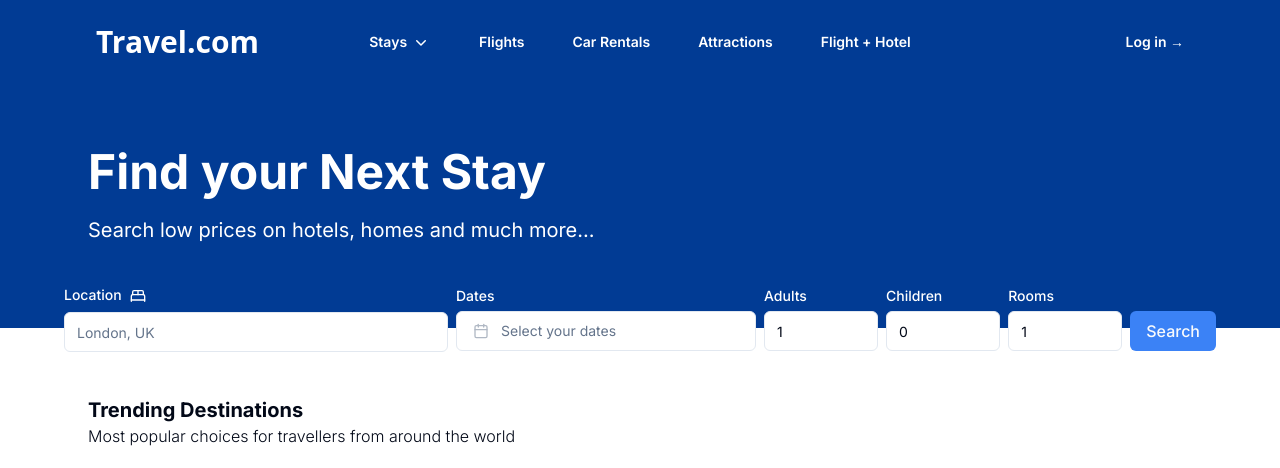
Repository: Qu4ntumGuy/booking
Page: /
The author's editor kept a copy of each file at every save. The page is drawn from the files as they stood at one save, then again after the next save.
The browser window is 1280 px wide. The pictures show the part of the page from y = 0 to 468 px (the page is 920 px tall).
Pictures or frames that could not be fetched are drawn as grey boxes. The project was rebuilt for these pictures with package versions that can differ from the ones it lists, and the page was loaded fresh each time. The framework's server and built-in components were replaced by stand-ins that run in the browser. Also part of the build but not shown: next.config.mjs, components/ui/calendar.tsx.

Above is the page before, as saved 2024-07-03 15:51:43.

### app/layout.tsx
import type { Metadata } from "next";
import { Inter } from "next/font/google";
import "./globals.css";
import Header from "@/components/Header";

const inter = Inter({ subsets: ["latin"] });

export const metadata: Metadata = {
  title: "Travel-App",
  description: "Generated by create next app",
};

export default function RootLayout({
  children,
}: Readonly<{
  children: React.ReactNode;
}>) {
  return (
    <html lang="en">
      <body className={inter.className}>
      <Header />

        {children}</body>
    </html>
  );
}

### app/page.tsx
import Image from "next/image";
import { trending_data } from "@/data/trending";
import SearchForm from "@/components/SearchForm";

export default function Home() {
  return (
    <main className="">
      <section className="bg-[#013B94]">
        <div className="max-w-6xl mx-auto py-16 p-6">
          <h2 className="font-bold text-5xl text-white">Find your Next Stay</h2>
          <h3 className="text-white py-5 text-xl">
            Search low prices on hotels, homes and much more...
          </h3>
        </div>
      </section>

      <section className="m-4 mb-0 -mt-10 px-2 lg:px-4">
        <SearchForm />
      </section>
      <section className="mx-auto mb-10 max-w-6xl p-6 bg-white rounded-t-lg">
        <div className="pt-5">
          <h3 className="text-xl font-bold">Trending Destinations</h3>
          <p className="font-light">
            Most popular choices for travellers from around the world
          </p>
        </div>

        <div className="flex space-x-4 py-5 overflow-x-scroll">
          {trending_data.map((item) => (
            <div key={item.id} className="space-y-1 shrink-0 cursor-pointer">
              <img
                key={item.id}
                className="w-80 h-72 object-cover rounded-lg pb-2"
                src={item.src}
                alt=""
              />

              <p className="font-bold">{item.title}</p>
              <p className="">{item.location}</p>
              <p className="font-light text-sm">{item.description}</p>
            </div>
          ))}
        </div>
      </section>
    </main>
  );
}

### data/trending.ts
export const trending_data = [
    {
      id: 1,
      src: "https://r-xx.bstatic.com/xdata/images/city/526x420/977220.jpg?k=ee4b7b42c35b8cbf09c8ddb7630092b40cd706fec153c41904ed6e252a883938&o=",
      title: "Dubai",
      location: "United Arab Emirates",
      description: "15 Deals",
    },
    {
      id: 2,
      src: "https://cf.bstatic.com/xdata/images/xphoto/540x405/288594543.webp?k=7a96a2b4190146f63068bd0604a916c0c885c4899a527e24a9b39487d4ae50b8&o=",
      title: "South Korea",
      location: "Asia",
      description: "32 Deals",
    },
    {
      id: 3,
      src: "https://cf.bstatic.com/xdata/images/xphoto/540x405/289320924.webp?k=99a00f2907495aaeb6396695c053e3d8b95fb05619b10e76c89fb1f7d1fec427&o=",
      title: "London",
      location: "United Kingdom",
      description: "45 Deals",
    },
    {
      id: 4,
      src: "https://cf.bstatic.com/xdata/images/xphoto/540x405/290483794.webp?k=916f7bac0ccdb08efcb269ad29cc10816ab66cd1671359066d23d32fb17b5c39&o=",
      title: "Singapore",
      location: "Asia",
      description: "88 Deals",
    },
    {
      id: 5,
      src: "https://cf.bstatic.com/xdata/images/xphoto/540x405/173724501.webp?k=5e8a2353c6cd4efef3c5f992ea36d65598c52f2662d45cedc460d1a6a759109f&o=",
      title: "New York City",
      location: "United States of America",
      description: "92 Deals",
    },
  ];

### components/SearchForm.tsx
"use client";
import { useRouter } from "next/navigation";
import { useForm } from "react-hook-form";
import { zodResolver } from "@hookform/resolvers/zod";
import * as z from "zod";
import { Button } from "@/components/ui/button";
import { BedDoubleIcon, CalendarIcon } from "lucide-react";
import { Popover, PopoverContent, PopoverTrigger } from "./ui/popover";
import { format } from "date-fns";
import {
  Form,
  FormControl,
  FormDescription,
  FormField,
  FormItem,
  FormLabel,
  FormMessage,
} from "@/components/ui/form";
import { Input } from "@/components/ui/input";
import { Calendar } from "./ui/calendar";
import { cn } from "@/lib/utils";

export const formSchema = z.object({
  location: z.string().min(2).max(50),
  dates: z.object({
    from: z.date(),
    to: z.date(),
  }),
  adults: z
    .string()
    .min(1, {
      message: "Please select at least 1 adult",
    })
    .max(12, { message: "Max 12 adults Occupancy" }),
  children: z.string().min(0).max(12, {
    message: "Max 12 children Occupancy",
  }),
  rooms: z.string().min(1, {
    message: "Please select at least 1 room",
  }),
});

function SearchForm() {
  const router = useRouter();
  const form = useForm<z.infer<typeof formSchema>>({
    resolver: zodResolver(formSchema),
    defaultValues: {
      location: "",
      dates: {
        from: undefined,
        to: undefined,
      },
      adults: "1",
      children: "0",
      rooms: "1",
    },
  });

  function onSubmit(data: z.infer<typeof formSchema>) {
    console.log(data);
  }

  return (
    <Form {...form}>
      <form
        onSubmit={form.handleSubmit(onSubmit)}
        className="flex flex-col lg:flex-row lg:max-w-6xl lg:mx-auto items-center justify-center space-x-0 lg:space-x-2 space-y-4 lg:space-y-0 rounded-lg"
      >
        <div className="grid w-full lg:max-w-sm items-center gap-1.5">
          <FormField
            control={form.control}
            name="location"
            render={({ field }) => (
              <FormItem>
                <FormLabel className="text-white flex">
                  Location
                  <BedDoubleIcon className="ml-2 h-4 w-4 text-white" />
                </FormLabel>
                <FormMessage />

                <FormControl>
                  <Input placeholder="London, UK" {...field} />
                </FormControl>
              </FormItem>
            )}
          />
        </div>

        <div className="grid w-full lg:max-w-sm flex-1 items-center gap-1.5">
          <FormField
            control={form.control}
            name="dates"
            render={({ field }) => (
              <FormItem className="flex flex-col">
                <FormLabel className="text-white">Dates</FormLabel>
                <FormMessage />

                <Popover>
                  <PopoverTrigger asChild>
                    <FormControl>
                      <Button
                        id="date"
                        name="dates"
                        variant={"outline"}
                        className={cn(
                          "w-full lg:w-[300px] justify-start text-left font-normal",
                          !field.value.from && "text-muted-foreground"
                        )}
                      >
                        <CalendarIcon className="mr-3 h-4 w-4 opacity-50" />
                        {field.value?.from ? (
                          field.value?.to ? (
                            <>
                              {format(field.value?.from, "LLL dd, y")} -{" "}
                              {format(field.value?.to, "LLL dd, y")}
                            </>
                          ) : (
                            format(field.value?.from, "LLL dd, y")
                          )
                        ) : (
                          <span>Select your dates</span>
                        )}
                      </Button>
                    </FormControl>
                  </PopoverTrigger>
                  <PopoverContent className="w-auto p-0" align="start">
                    <Calendar
                      initialFocus
                      mode="range"
                      selected={field.value}
                      defaultMonth={field.value.from}
                      onSelect={field.onChange}
                      numberOfMonths={2}
                      disabled={(date) =>
                        date < new Date(new Date().setHours(0, 0, 0, 0))
                      }
                    />
                  </PopoverContent>
                </Popover>
              </FormItem>
            )}
          />
        </div>
        <div className="flex w-full items-center space-x-2">
          <div className="grid items-center flex-1">
            <FormField
              control={form.control}
              name="adults"
              render={({ field }) => (
                <FormItem className="flex flex-col">
                  <FormLabel className="text-white">Adults</FormLabel>
                  <FormMessage />
                  <FormControl>
                    <Input type="number" placeholder="Adults" {...field} />
                  </FormControl>
                </FormItem>
              )}
            />
          </div>

          <div className="grid items-center flex-1">
            <FormField
              control={form.control}
              name="children"
              render={({ field }) => (
                <FormItem className="flex flex-col">
                  <FormLabel className="text-white">Children</FormLabel>
                  <FormMessage />
                  <FormControl>
                    <Input type="number" placeholder="Children" {...field} />
                  </FormControl>
                </FormItem>
              )}
            />
          </div>

          <div className="grid items-center flex-1">
            <FormField
              control={form.control}
              name="rooms"
              render={({ field }) => (
                <FormItem className="flex flex-col">
                  <FormLabel className="text-white">Rooms</FormLabel>
                  <FormMessage />
                  <FormControl>
                    <Input type="number" placeholder="rooms" {...field} />
                  </FormControl>
                </FormItem>
              )}
            />
          </div>

          <div className="mt-auto">
            <Button type="submit" className="bg-blue-500 text-base">
              Search
            </Button>
          </div>
        </div>
      </form>
    </Form>
  );
}

export default SearchForm;

### components/ui/button.tsx
import * as React from "react"
import { Slot } from "@radix-ui/react-slot"
import { cva, type VariantProps } from "class-variance-authority"

import { cn } from "@/lib/utils"

const buttonVariants = cva(
  "inline-flex items-center justify-center whitespace-nowrap rounded-md text-sm font-medium ring-offset-background transition-colors focus-visible:outline-none focus-visible:ring-2 focus-visible:ring-ring focus-visible:ring-offset-2 disabled:pointer-events-none disabled:opacity-50",
  {
    variants: {
      variant: {
        default: "bg-primary text-primary-foreground hover:bg-primary/90",
        destructive:
          "bg-destructive text-destructive-foreground hover:bg-destructive/90",
        outline:
          "border border-input bg-background hover:bg-accent hover:text-accent-foreground",
        secondary:
          "bg-secondary text-secondary-foreground hover:bg-secondary/80",
        ghost: "hover:bg-accent hover:text-accent-foreground",
        link: "text-primary underline-offset-4 hover:underline",
      },
      size: {
        default: "h-10 px-4 py-2",
        sm: "h-9 rounded-md px-3",
        lg: "h-11 rounded-md px-8",
        icon: "h-10 w-10",
      },
    },
    defaultVariants: {
      variant: "default",
      size: "default",
    },
  }
)

export interface ButtonProps
  extends React.ButtonHTMLAttributes<HTMLButtonElement>,
    VariantProps<typeof buttonVariants> {
  asChild?: boolean
}

const Button = React.forwardRef<HTMLButtonElement, ButtonProps>(
  ({ className, variant, size, asChild = false, ...props }, ref) => {
    const Comp = asChild ? Slot : "button"
    return (
      <Comp
        className={cn(buttonVariants({ variant, size, className }))}
        ref={ref}
        {...props}
      />
    )
  }
)
Button.displayName = "Button"

export { Button, buttonVariants }

### components/ui/popover.tsx
"use client"

import * as React from "react"
import * as PopoverPrimitive from "@radix-ui/react-popover"

import { cn } from "@/lib/utils"

const Popover = PopoverPrimitive.Root

const PopoverTrigger = PopoverPrimitive.Trigger

const PopoverContent = React.forwardRef<
  React.ElementRef<typeof PopoverPrimitive.Content>,
  React.ComponentPropsWithoutRef<typeof PopoverPrimitive.Content>
>(({ className, align = "center", sideOffset = 4, ...props }, ref) => (
  <PopoverPrimitive.Portal>
    <PopoverPrimitive.Content
      ref={ref}
      align={align}
      sideOffset={sideOffset}
      className={cn(
        "z-50 w-72 rounded-md border bg-popover p-4 text-popover-foreground shadow-md outline-none data-[state=open]:animate-in data-[state=closed]:animate-out data-[state=closed]:fade-out-0 data-[state=open]:fade-in-0 data-[state=closed]:zoom-out-95 data-[state=open]:zoom-in-95 data-[side=bottom]:slide-in-from-top-2 data-[side=left]:slide-in-from-right-2 data-[side=right]:slide-in-from-left-2 data-[side=top]:slide-in-from-bottom-2",
        className
      )}
      {...props}
    />
  </PopoverPrimitive.Portal>
))
PopoverContent.displayName = PopoverPrimitive.Content.displayName

export { Popover, PopoverTrigger, PopoverContent }

### components/ui/form.tsx
import * as React from "react"
import * as LabelPrimitive from "@radix-ui/react-label"
import { Slot } from "@radix-ui/react-slot"
import {
  Controller,
  ControllerProps,
  FieldPath,
  FieldValues,
  FormProvider,
  useFormContext,
} from "react-hook-form"

import { cn } from "@/lib/utils"
import { Label } from "@/components/ui/label"

const Form = FormProvider

type FormFieldContextValue<
  TFieldValues extends FieldValues = FieldValues,
  TName extends FieldPath<TFieldValues> = FieldPath<TFieldValues>
> = {
  name: TName
}

const FormFieldContext = React.createContext<FormFieldContextValue>(
  {} as FormFieldContextValue
)

const FormField = <
  TFieldValues extends FieldValues = FieldValues,
  TName extends FieldPath<TFieldValues> = FieldPath<TFieldValues>
>({
  ...props
}: ControllerProps<TFieldValues, TName>) => {
  return (
    <FormFieldContext.Provider value={{ name: props.name }}>
      <Controller {...props} />
    </FormFieldContext.Provider>
  )
}

const useFormField = () => {
  const fieldContext = React.useContext(FormFieldContext)
  const itemContext = React.useContext(FormItemContext)
  const { getFieldState, formState } = useFormContext()

  const fieldState = getFieldState(fieldContext.name, formState)

  if (!fieldContext) {
    throw new Error("useFormField should be used within <FormField>")
  }

  const { id } = itemContext

  return {
    id,
    name: fieldContext.name,
    formItemId: `${id}-form-item`,
    formDescriptionId: `${id}-form-item-description`,
    formMessageId: `${id}-form-item-message`,
    ...fieldState,
  }
}

type FormItemContextValue = {
  id: string
}

const FormItemContext = React.createContext<FormItemContextValue>(
  {} as FormItemContextValue
)

const FormItem = React.forwardRef<
  HTMLDivElement,
  React.HTMLAttributes<HTMLDivElement>
>(({ className, ...props }, ref) => {
  const id = React.useId()

  return (
    <FormItemContext.Provider value={{ id }}>
      <div ref={ref} className={cn("space-y-2", className)} {...props} />
    </FormItemContext.Provider>
  )
})
FormItem.displayName = "FormItem"

const FormLabel = React.forwardRef<
  React.ElementRef<typeof LabelPrimitive.Root>,
  React.ComponentPropsWithoutRef<typeof LabelPrimitive.Root>
>(({ className, ...props }, ref) => {
  const { error, formItemId } = useFormField()

  return (
    <Label
      ref={ref}
      className={cn(error && "text-destructive", className)}
      htmlFor={formItemId}
      {...props}
    />
  )
})
FormLabel.displayName = "FormLabel"

const FormControl = React.forwardRef<
  React.ElementRef<typeof Slot>,
  React.ComponentPropsWithoutRef<typeof Slot>
>(({ ...props }, ref) => {
  const { error, formItemId, formDescriptionId, formMessageId } = useFormField()

  return (
    <Slot
      ref={ref}
      id={formItemId}
      aria-describedby={
        !error
          ? `${formDescriptionId}`
          : `${formDescriptionId} ${formMessageId}`
      }
      aria-invalid={!!error}
      {...props}
    />
  )
})
FormControl.displayName = "FormControl"

const FormDescription = React.forwardRef<
  HTMLParagraphElement,
  React.HTMLAttributes<HTMLParagraphElement>
>(({ className, ...props }, ref) => {
  const { formDescriptionId } = useFormField()

  return (
    <p
      ref={ref}
      id={formDescriptionId}
      className={cn("text-sm text-muted-foreground", className)}
      {...props}
    />
  )
})
FormDescription.displayName = "FormDescription"

const FormMessage = React.forwardRef<
  HTMLParagraphElement,
  React.HTMLAttributes<HTMLParagraphElement>
>(({ className, children, ...props }, ref) => {
  const { error, formMessageId } = useFormField()
  const body = error ? String(error?.message) : children

  if (!body) {
    return null
  }

  return (
    <p
      ref={ref}
      id={formMessageId}
      className={cn("text-sm font-medium text-destructive", className)}
      {...props}
    >
      {body}
    </p>
  )
})
FormMessage.displayName = "FormMessage"

export {
  useFormField,
  Form,
  FormItem,
  FormLabel,
  FormControl,
  FormDescription,
  FormMessage,
  FormField,
}

### components/ui/input.tsx
import * as React from "react"

import { cn } from "@/lib/utils"

export interface InputProps
  extends React.InputHTMLAttributes<HTMLInputElement> {}

const Input = React.forwardRef<HTMLInputElement, InputProps>(
  ({ className, type, ...props }, ref) => {
    return (
      <input
        type={type}
        className={cn(
          "flex h-10 w-full rounded-md border border-input bg-background px-3 py-2 text-sm ring-offset-background file:border-0 file:bg-transparent file:text-sm file:font-medium placeholder:text-muted-foreground focus-visible:outline-none focus-visible:ring-2 focus-visible:ring-ring focus-visible:ring-offset-2 disabled:cursor-not-allowed disabled:opacity-50",
          className
        )}
        ref={ref}
        {...props}
      />
    )
  }
)
Input.displayName = "Input"

export { Input }

### components/ui/label.tsx
"use client"

import * as React from "react"
import * as LabelPrimitive from "@radix-ui/react-label"
import { cva, type VariantProps } from "class-variance-authority"

import { cn } from "@/lib/utils"

const labelVariants = cva(
  "text-sm font-medium leading-none peer-disabled:cursor-not-allowed peer-disabled:opacity-70"
)

const Label = React.forwardRef<
  React.ElementRef<typeof LabelPrimitive.Root>,
  React.ComponentPropsWithoutRef<typeof LabelPrimitive.Root> &
    VariantProps<typeof labelVariants>
>(({ className, ...props }, ref) => (
  <LabelPrimitive.Root
    ref={ref}
    className={cn(labelVariants(), className)}
    {...props}
  />
))
Label.displayName = LabelPrimitive.Root.displayName

export { Label }

Loaded but not shown: app/globals.css (common file); lib/utils.ts (common file); tailwind.config.ts (common file); components/Header.tsx (267 lines, source omitted)

After the next save:
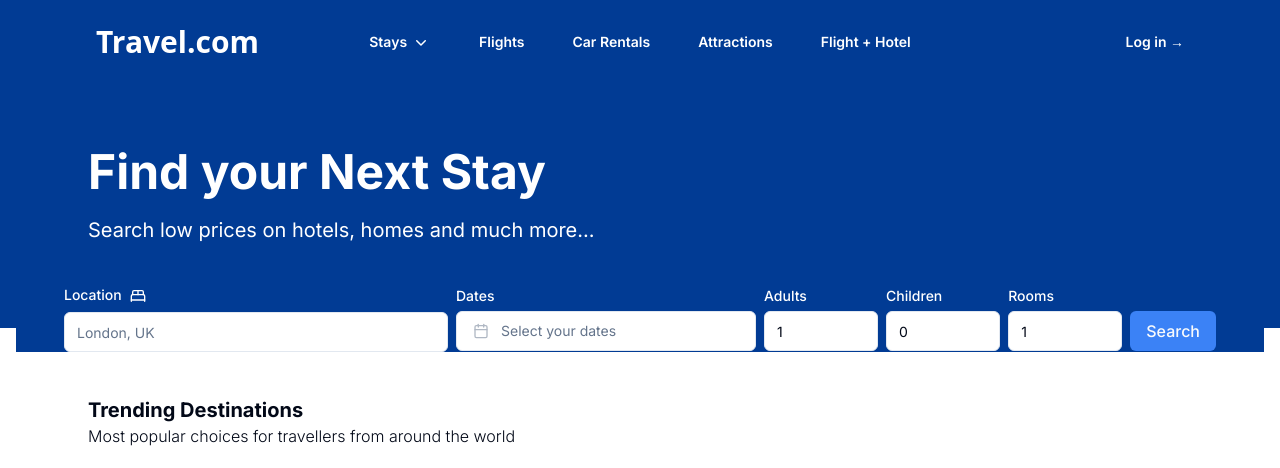
Saved 94 s later.
--- a/app/page.tsx
+++ b/app/page.tsx
@@ -14,7 +14,7 @@ export default function Home() {
         </div>
       </section>
 
-      <section className="m-4 mb-0 -mt-10 px-2 lg:px-4">
+      <section className="m-4 bg-[#013B94] mb-0 -mt-10 px-2 lg:px-4">
         <SearchForm />
       </section>
       <section className="mx-auto mb-10 max-w-6xl p-6 bg-white rounded-t-lg">
